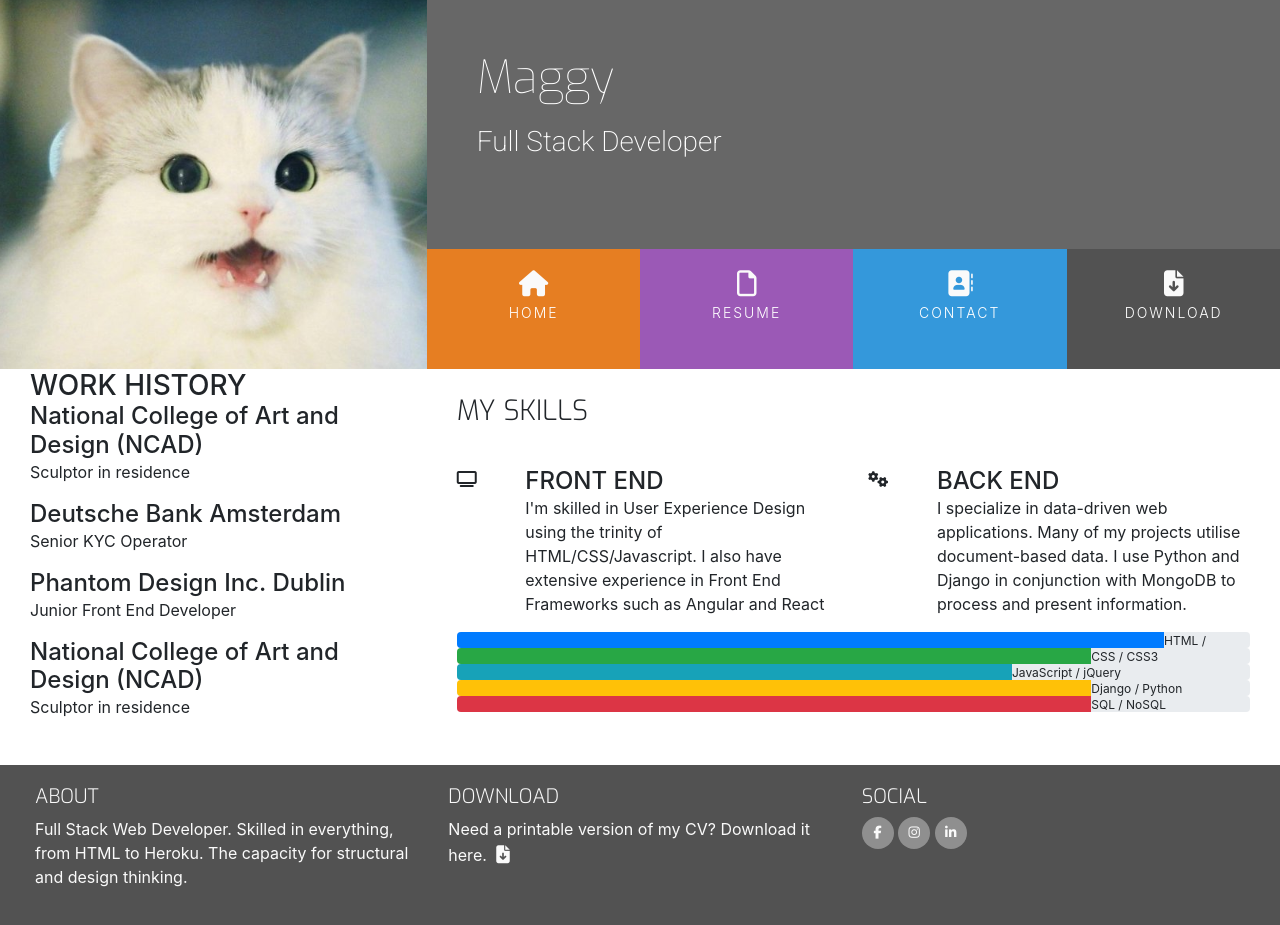
Repository: Marshmello88/resume_project
Page: resume.html
The author's editor kept a record of every edit. The page is drawn from the files as they stood at one moment, then again after the next edit.
The browser window is 1280 px wide. The pictures show the whole page.
Some web libraries are served in a nearby version.

Above is the page before.
Console error: TypeError: Cannot read properties of undefined (reading 'fn')

### resume.html
<!DOCTYPE html>
<html lang="en">

<head>
    <meta charset="UTF-8">
    <meta name="viewport" content="width=device-width, initial-scale=1.0">
    <meta http-equiv="X-UA-Compatible" content="ie=edge">
    <link rel="stylesheet" href="https://stackpath.bootstrapcdn.com/bootstrap/4.3.1/css/bootstrap.min.css" integrity="sha384-ggOyR0iXCbMQv3Xipma34MD+dH/1fQ784/j6cY/iJTQUOhcWr7x9JvoRxT2MZw1T" crossorigin="anonymous">
    <script src="https://stackpath.bootstrapcdn.com/bootstrap/4.3.1/js/bootstrap.min.js" integrity="sha384-JjSmVgyd0p3pXB1rRibZUAYoIIy6OrQ6VrjIEaFf/nJGzIxFDsf4x0xIM+B07jRM" crossorigin="anonymous"></script>
    <script src="https://kit.fontawesome.com/046a8e7919.js" crossorigin="anonymous"></script>
    <link rel="stylesheet" href="https://cdnjs.cloudflare.com/ajax/libs/hover.css/2.1.1/css/hover-min.css" type="text/css" />
    <link rel="stylesheet" href="assets/css/style.css" type="text/css" />
    <title>Maggy</title>
</head>

<body>
    <header>
        <div class="row no-gutters">
            <!-- no gutters removes the padding (removes white space in this case)-->
            <a href="index.html" class="col-md-4 logo">
                <!--refer back to index.html because our logo should bring us to our homepage. The logo class is that so we can style it in css. Col-md-4 and 8 partition the screen.-->

            </a>
            <div class="col-md-8">
                <div class="row no-gutters bg-color-name-title">
                    <!--background color-->
                    <div class="col heading">
                        <h1 class="name">Maggy</h1>
                        <h2 class="title">Full Stack Developer</h2>

                    </div>
                </div>
                <div class="row no-gutters">
                    <div class="col">
                        <ul id="nav" class="list-inline menucontainer">
                            <!--stops a list from displaying vertically and displays it horizontally instead. Supplied by bootstrap-->
                            <li class="col-6 col-sm-3 ui-menu-color-home list-inline-item menuitem">
                                <a href="#" class="hvr-sweep-to-bottom"><i class="fas fa-home" aria-hidden="true"></i><span>Home</span></a>
                                <!--Inside the anchor tag, there's also a <span> because it's gonna be targeted later using both Font Awesome and hover.css. Aria-hidden means ignored by screen readers-->
                            </li>
                            <li class="col-6 col-sm-3 ui-menu-color-resume list-inline-item menuitem">
                                <a href="#" class="hvr-sweep-to-bottom"><i class="far fa-file" aria-hidden="true"></i><span>Resume</span></a>
                            </li>
                            <li class="col-6 col-sm-3 ui-menu-color-contact list-inline-item menuitem">
                                <a href="#" class="hvr-sweep-to-bottom"><i class="fas fa-address-book" aria-hidden="true"></i><span>Contact</span></a>
                            </li>
                            <li class="col-6 col-sm-3 ui-menu-color-download list-inline-item menuitem">
                                <a href="#" class="hvr-sweep-to-bottom"><i class="fas fa-file-download" aria-hidden="true"></i><span>Download</span></a>
                            </li>
                        </ul>
                    </div>
                </div>
            </div>
        </div>
    </header>
    <section class="container-fluid">
        <div class="row">
            <div class="col-md-4 bg-color-work-history section-column">
                <!--col-md-4 will take up one third of the width.-->
                <div class="row">
                    <div class="col-12">
                        <!--column with the width of 12 means it will be full width on all screen sizes-->
                        <h3 class="history-heading uppercase">
                            Work History
                        </h3>
                    </div>
                </div>
                <div class="timeline-item" data-dates="02/1998 - 04/2004">
                    <h4> National College of Art and Design (NCAD)</h4>
                    <p>Sculptor in residence</p>
                </div>
                <div class="timeline-item" data-dates="04/2004 - 06/2008">
                    <h4>Deutsche Bank Amsterdam</h4>
                    <p>Senior KYC Operator</p>
                </div>
                <div class="timeline-item" data-dates="06/2008 - 06/2011">
                    <h4>Phantom Design Inc. Dublin</h4>
                    <p>Junior Front End Developer</p>
                </div>
                <div class="timeline-item" data-dates="02/1998 - 04/2004">
                    <h4> National College of Art and Design (NCAD)</h4>
                    <p>Sculptor in residence</p>
                </div>
            </div>
            <!--again start off with adding a bootstrap row. The latter class will be filled out in css. Then inside the row, ALWAYS column as direct child. Size 8 is two thirds of the width of the screen.-->
            <div class="col-md-8 bg-color-three-reasons section-column">
                <!--The row-table class will specify the use of a table whereas section-column will specify the use of a table cell, which will give us evenly sized columns in terms of height.-->
                <div class="row">
                    <div class="col">
                        <h3 class="section-heading uppercase">My Skills</h3>
                    </div>
                </div>
                <div class="row">
                    <!--Adding a new row just underneath the closing <div> tag of the row that contains the header. This will contain the section "three reasons to hire"-->
                    <div class="col-10 offset-1 offset-sm-0 col-sm-4 col-md-6">
                        <!--When looked at on the mobile, this is going to be 10 columns wide with an offset of 1 so that we get the content centered and have a one column margin down the left side. We're going to switch that offset off for tablets and larger because on the tablet, we want it to appear in three columns of content. On a desktop we want it to appear in two columns.-->
                        <div class="row">
                            <div class="col-2">
                                <i class="three-reasons-icon fa fa-tv" aria-hidden="true"></i>
                            </div>
                            <div class="col-10">
                                <!--in our <div>, our Bootstrap specification for our icon was too wide, which leaves us with 10 columns for our header and the text.-->
                                <h4 class="three-reasons-heading uppercase">Front End</h4>
                                <p>
                                    I'm skilled in User Experience Design using the trinity of HTML/CSS/Javascript. I also have extensive experience in Front End Frameworks such as Angular and React
                                </p>
                            </div>
                        </div>
                    </div>
                    <div class="col-10 offset-1 offset-sm-0 col-sm-4 col-md-6">
                        <!--When looked at on the mobile, this is going to be 10 columns wide with an offset of 1 so that we get the content centered and have a one column margin down the left side. We're going to switch that offset off for tablets and larger because on the tablet, we want it to appear in three columns of content. On a desktop we want it to appear in two columns.-->
                        <div class="row">
                            <div class="col-2">
                                <i class="three-reasons-icon fa fa-gears" aria-hidden="true"></i>
                            </div>
                            <div class="col-10">
                                <!--in our <div>, our Bootstrap specification for our icon was too wide, which leaves us with 10 columns for our header and the text.-->
                                <h4 class="three-reasons-heading uppercase">Back End</h4>
                                <!--Nesting Bootstrap rows inside Bootstrap columns this way can achieve very flexible layouts.-->
                                <p>
                                    I specialize in data-driven web applications. Many of my projects utilise document-based data. I use Python and Django in conjunction with MongoDB to process and present information.
                                </p>
                            </div>
                        </div>
                    </div>
                </div>
                <div class="row progress-section">
                    <div class="col">
                        <div class="progress">
                            <!--progress class acts as a wrapper for the progress bar and its content in Bootstrap-->
                            <div class="progress-bar" role="progressbar" aria-valuenow="90" aria-valuemin="0" aria-valuemax="100" style="width:90%;">
                                <!--the valuebar represents the current value of the progress bar. Valuemin and valuemax sets the range.-->
                                <span class="sr-only">90% complete</span>
                            </div>
                            <span class="progress-type">HTML / HTML5</span>
                        </div>
                        <div class="progress">
                            <!--progress class acts as a wrapper for the progress bar and its content in Bootstrap-->
                            <div class="progress-bar bg-success" role="progressbar" aria-valuenow="90" aria-valuemin="0" aria-valuemax="100" style="width:80%;">
                                <span class="sr-only">80% complete</span>
                            </div>
                            <span class="progress-type">CSS / CSS3</span>
                        </div>
                        <div class="progress">
                            <!--progress class acts as a wrapper for the progress bar and its content in Bootstrap-->
                            <div class="progress-bar bg-info" role="progressbar" aria-valuenow="70" aria-valuemin="0" aria-valuemax="100" style="width:70%;">
                                <span class="sr-only">70% complete</span>
                            </div>
                            <span class="progress-type">JavaScript / jQuery</span>
                        </div>
                        <div class="progress">
                            <!--progress class acts as a wrapper for the progress bar and its content in Bootstrap-->
                            <div class="progress-bar bg-warning" role="progressbar" aria-valuenow="80" aria-valuemin="0" aria-valuemax="100" style="width:80%;">
                                <span class="sr-only">80% complete</span>
                            </div>
                            <span class="progress-type">Django / Python</span>
                        </div>
                        <div class="progress">
                            <!--progress class acts as a wrapper for the progress bar and its content in Bootstrap-->
                            <div class="progress-bar bg-danger" role="progressbar" aria-valuenow="80" aria-valuemin="0" aria-valuemax="100" style="width:80%;">
                                <span class="sr-only">80% complete</span>
                            </div>
                            <span class="progress-type">SQL / NoSQL</span>
                        </div>
                    </div>
                </div>
            </div>
        </div>

    </section>
    <footer class="container-fluid">
        <!--container fluid so that it is a full width flexible container. Here again rule of thirds (three sections)-->
        <div id="footer-details" class="row">
            <div class="col-sm-4">
                <h5 class="uppercase general-sub">About</h5>
                <p class="inline-block">
                    Full Stack Web Developer. Skilled in everything, from HTML to Heroku. The capacity for structural and design thinking.
                </p>
            </div>
            <div class="col-sm-4">
                <h5 class="uppercase general-sub">Download</h5>
                <p class="inline-block">
                    Need a printable version of my CV? Download it here.
                    <a href="#" target="_blank" class="cv-pdf">
                        <i class="fas fa-file-download" aria-hidden="true"></i>
                        <span class="sr-only">Download link.</span>
                        <!--sr only is screenreaders only, so it won't be displayed on a regular screen-->
                    </a>
                    <!--target = blank so that the download will open in a new tab, instead of losing the current page-->
                </p>
            </div>
            <div class="col-sm-4">
                <h5 class="uppercase general-sub">Social</h5>
                <ul class="list-inline social-links">
                    <!--the unordered list has the bootstrap default list inline class, which means that every list item has to have this same class also-->
                    <li class="list-inline-item">
                        <a target="_blank" href="#">
                            <i class="fab fa-facebook-f" aria-hidden="true"></i>
                            <span class="sr-only">Facebook</span>
                        </a>
                    </li>
                    <li class="list-inline-item">
                        <a target="_blank" href="#">
                            <i class="fab fa-instagram" aria-hidden="true"></i>
                            <span class="sr-only">Instagram</span>
                        </a>
                    </li>
                    <li class="list-inline-item">
                        <a target="_blank" href="#">
                            <i class="fab fa-linkedin-in" aria-hidden="true"></i>
                            <span class="sr-only">Linkedin</span>
                        </a>
                    </li>
                </ul>
            </div>
        </div>
    </footer>
</body>

</html>

### assets/css/style.css
@import url('https://fonts.googleapis.com/css?family=Roboto:100,200,300,400,500,600,700|Exo:100,200,300,400,500,600,700');

/* -------------------------COLOURS----------------------------*/

.bg-color-name-title {
    background-color: #676767;
}

.bg-color-three-reasons {
   background-color: #fff;
}

.ui-menu-color-home {
    background-color: #e67e22;
}

.ui-menu-color-resume {
    background-color: #9b59b6;
}

.ui-menu-color-contact {
    background-color: #3498db;
}

.ui-menu-color-download {
    background-color: #525252;
}

/*---------------------------Special padding/margin/text----------------------*/

h1,
h2,
h3,
h4 {
    margin: 0;
}

.uppercase {
    text-transform: uppercase;
}

.general-sub {
    font-family:"Exo", sans-serif;
    font-weight: 300;
    color: #fafafa;
}

.inline-block {
    display: inline-block;
    /*allows for nice spacing of our content across the footer*/
}

.row-table {
    display: table;
    /*By doing this, we can then specify its child columns as table cells which ensures that the columns will remain equal height, regardless of their content.*/
}

.section-column {
    display: table-cell;
    padding: 0 30px 30px;
    float: none;
}

.section-heading {
    font-family:"Exo", sans-serif;
    font-weight: 300;
    margin-top: 25px;
    margin-bottom: 40px;
}

/* -------------------------HEADING-------------------------------------------*/

header {
    margin: 0;
}

.heading {
    margin-left: 50px;
    /*it is hugging the left hand side too much so margin set to 50 px */
}

.logo {
    background: url("../images/cat.jpg");
    background-position: center;
    background-repeat: no-repeat;
    background-size: cover;
    /*background size should cover the container it's sitting inside */
    min-height: 360px;
    transition: all .5s ease-in-out;
    -moz-transition: all .5s ease-in-out;
    /*copied three times to add browser prefixes so it works on all browsers*/
    -webkit-transition: all .5s ease-in-out;
}

.name {
    font-family: "Exo", sans-serif;
    font-weight: 100;
    font-size: 46px;
    margin-top: 50px;
    color: #ffffff;
}

.title {
    font-family: "Roboto", sans-serif;
    font-weight: 200;
    font-size: 28px;
    margin-top: 20px;
    margin-bottom: 90px;
    color: #ffffff;
}

.list-inline-item:not(:last-child) {
    /*in dev tools this was creating the margin, so you copy and then override in your own css */
    margin: 0;
}

.menucontainer {
    /*css hack to close up space between the nav items. Because it then applies to all list items you have to override it with nav ID */
    font-size: 0;
}

#nav {
    margin: 0;
    /*margin 0 so the nav bar aligns with the image*/
}

#nav li {
    /* all the children li's are targeted here to override the 0 font size */
    font-size: 14px;
    padding: 0;
}

.menuitem {
    /*menuitem class will arrange the text and icons in a more visually pleasing way*/
    height: 120px;
    /*one third of the overall height. rule of thirds.*/
    text-align: center;
    padding: 0;
}

.menuitem a {
    /*here the anchor child is targeted*/
    width: 100%;
    /*the goal is to make the entire area of the div clickable, hence 100% */
    text-decoration: none;
    /*removes the link underscore*/
    color: #fff;
    height: 120px;
}

.menuitem a i {
    /*targets the icon*/
    padding-top: 22px;
    display: block;
    /*block display so that the icon appears on a line of its own*/
    color: #fafafa;
    font-size: 26px;
}

.menuitem span {
    display: block;
    width: 100%;
    /*full width of parent div*/
    padding-top: 5px;
    text-align: center;
    text-transform: uppercase;
    font-size: 14px;
    font-weight: 300;
    letter-spacing: 2px;
}

/*----------------------------------------------Hover.css-----------------------*/

.hvr-sweep-to-bottom:before {
    /*copied from the google dev tools, hence the "before". Need to overwrite the sweep color so that's why it needs styling.*/
    background: rgba(0, 0, 0, 0.2);
    height: 120px;
    /* height the same as entire menu item */
}

/* -------------------------FOOTER-------------------------------------------*/

footer {
    background-color: #525252;
    color: #fafafa;
    min-height: 120px;
    /*So it can grow beyond 120px if for some reason the about us text extends or pushes beyond that*/
    margin: 0;
}

.cv-pdf i {
    /* targeting the font awesome icon. Icon is smaller than the one in the header because it is auxiliary content*/
    font-size: 18px;
    color: #fafafa;
    text-align: center;
    padding: 5px;
    /*To make it so that when we hover over the icon, it changes to a dark orange color, we need to apply a transition. The reason it goes here, rather than in the hover pseudo-element is because you always want to put the transitions in the parent element, rather than the hovered.*/
    -moz-transition: all 0.35s ease-in-out;
    -webkit-transition: all 0.35s ease-in-out;
    -o-transition: all 0.35s ease-in-out;
}

.cv-pdf i:hover {
    color: #e84610;
}

.social-links {
    padding-bottom: 15px;
}

.social-links li a i {
    /*To adjust the font awesome icons, you go to social-links li a i.*/
    width: 32px;
    height: 32px;
    padding: 12px 0;
    border-radius: 50%;
    /*The reason for this is that if you set the border-radius to 50% when something has equal height and width, then you get a circle. And we want the icons displayed in a circle.*/
    font-size: 13px;
    line-height: 7px;
    text-align: center;
    color: #fafafa;
    background: #8f8f8f;
     -moz-transition: all 0.35s ease-in-out;
    -webkit-transition: all 0.35s ease-in-out;
    -o-transition: all 0.35s ease-in-out;
}

.social-links li a i:hover {
    background: #e84610;
}

#footer-details {
    padding: 20px;
    /*This pushes in the content a little bit (creating certical or negative space) so it doesn't hug the top of the footer.*/
}

After the next edit:
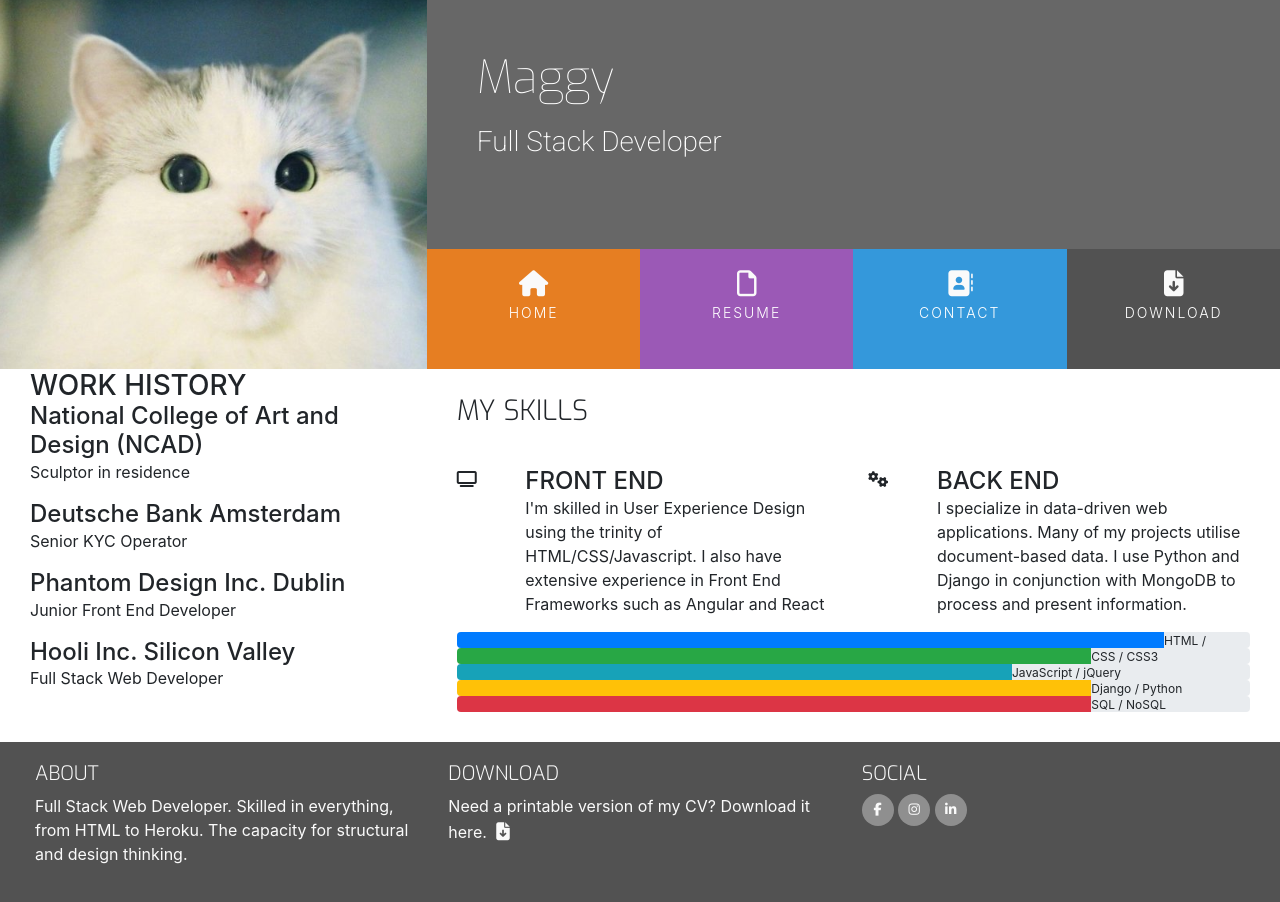
The edit:
--- a/resume.html
+++ b/resume.html
@@ -77,9 +77,9 @@
                     <h4>Phantom Design Inc. Dublin</h4>
                     <p>Junior Front End Developer</p>
                 </div>
-                <div class="timeline-item" data-dates="02/1998 - 04/2004">
-                    <h4> National College of Art and Design (NCAD)</h4>
-                    <p>Sculptor in residence</p>
+                <div class="timeline-item" data-dates="06/2011 - Present">
+                    <h4>Hooli Inc. Silicon Valley</h4>
+                    <p>Full Stack Web Developer</p>
                 </div>
             </div>
             <!--again start off with adding a bootstrap row. The latter class will be filled out in css. Then inside the row, ALWAYS column as direct child. Size 8 is two thirds of the width of the screen.-->
